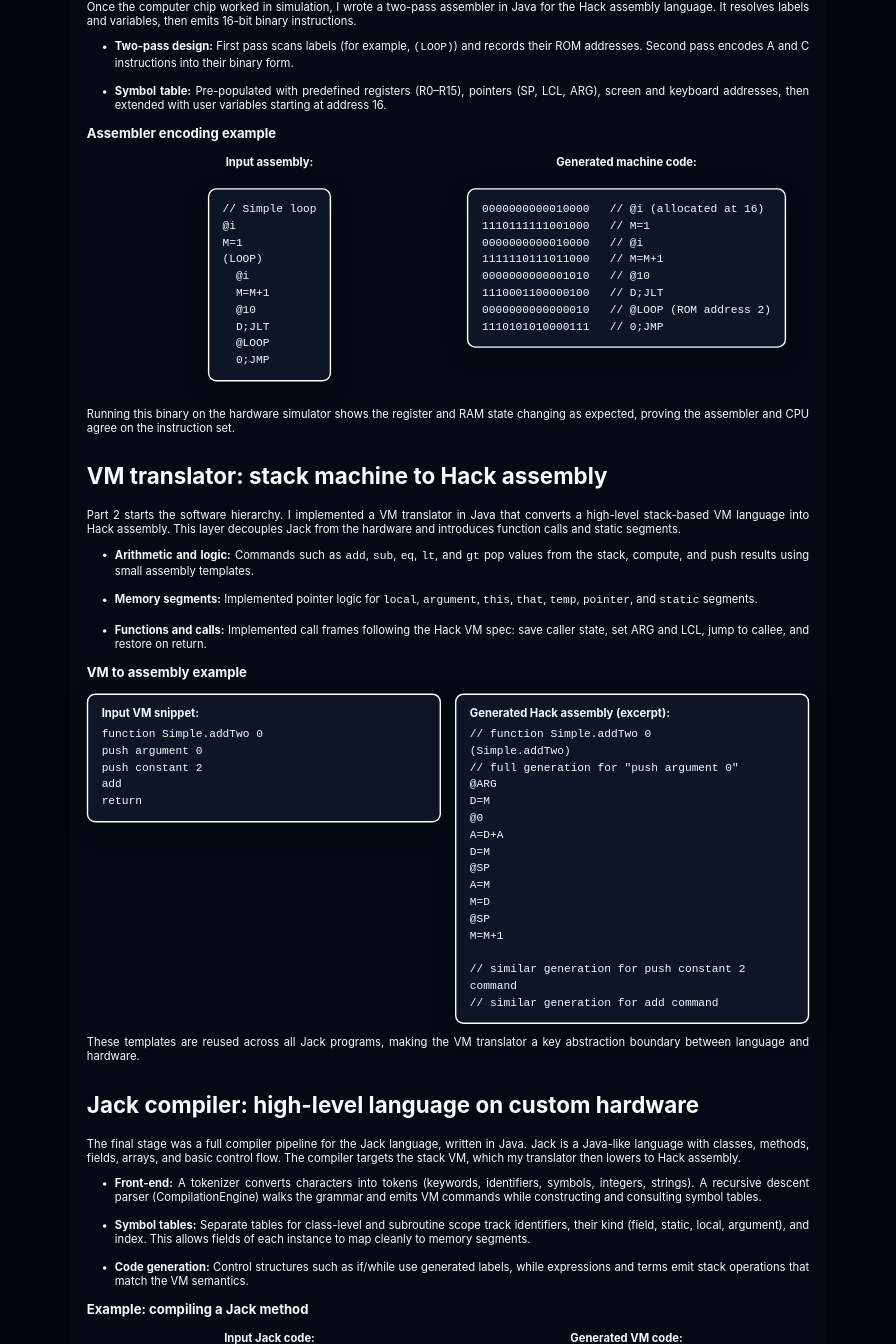
Repository: Abdulaziz-04/Abdulaziz-04.github.io
Page: deepdives/backend_systems/nand2tetris/nand2tetris.html
The author's editor kept a copy of each file at every save. The page is drawn from the files as they stood at one save, then again after the next save.
The browser window is 1280 px wide. The pictures show the part of the page from y = 2637 to 4557 px (the page is 6451 px tall before and 6414 px after), at 70% of full size.

Above is the page before, as saved 2025-11-20 21:53:37.

After the next save:
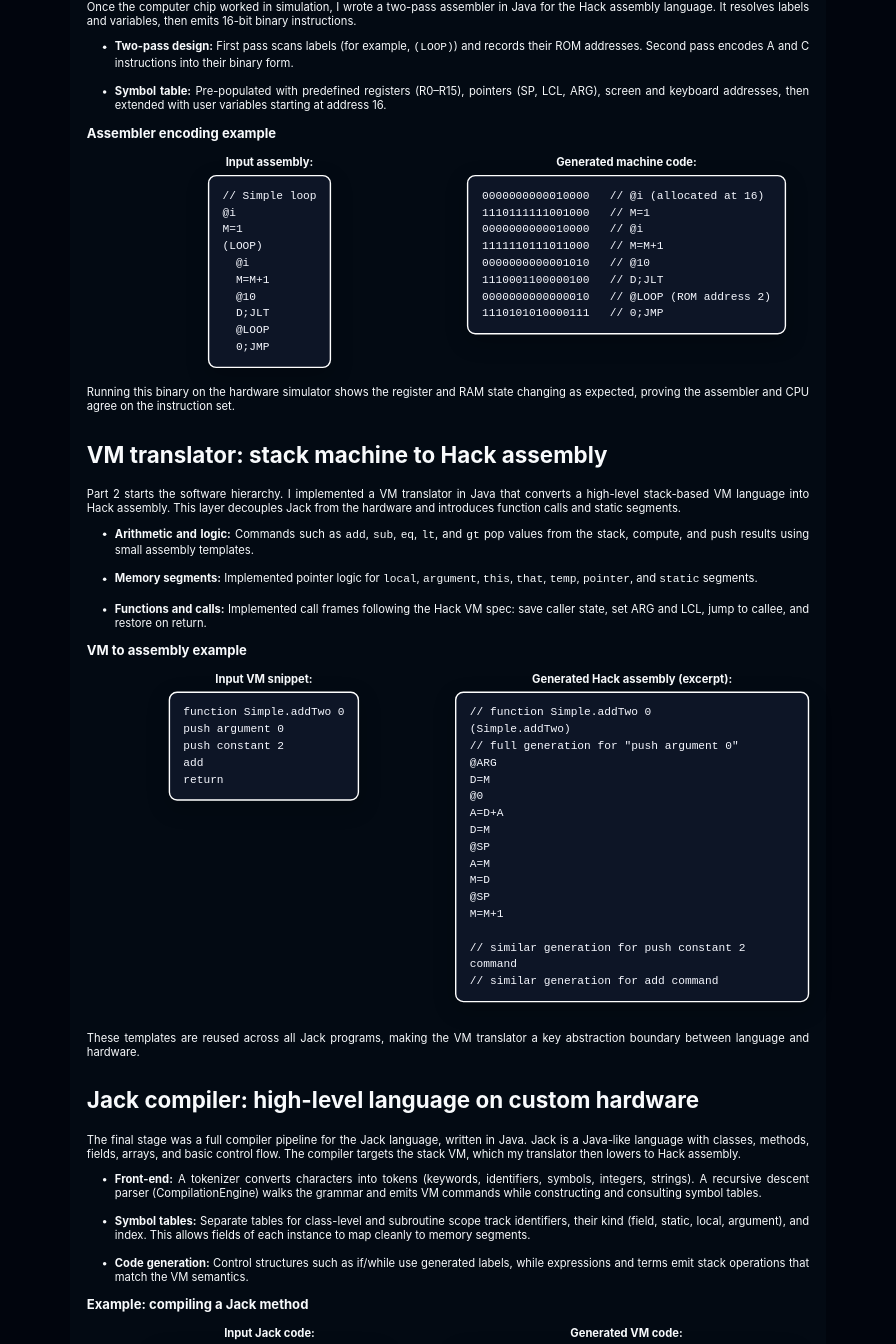
Saved 19 min 12 s later.
--- a/deepdives/backend_systems/nand2tetris/nand2tetris.html
+++ b/deepdives/backend_systems/nand2tetris/nand2tetris.html
@@ -25,6 +25,10 @@
         text-align: left;
       }
 
+      .code-pair pre {
+        margin: 0;
+      }
+
       .code-pair {
         display: grid;
         grid-template-columns: repeat(2, minmax(0, 1fr));
@@ -32,7 +36,7 @@
         align-items: start;
         justify-items: center;
         max-width: 1000px;
-        margin: 0 auto;
+        margin: 0 auto 1.5rem;
       }
 
       .code-pair > div {
@@ -43,7 +47,7 @@
       }
 
       .code-pair p {
-        margin: 0;
+        margin: 0 0 0.1rem;
         text-align: center;
         width: 100%;
       }
@@ -88,9 +92,23 @@
       }
 
       .code-card__title {
+        margin: 0 0 0.5rem;
+        font-weight: 700;
+        text-align: left;
+      }
+
+      .code-block {
+        display: flex;
+        flex-direction: column;
+        align-items: center;
+        gap: 0.5rem;
+        margin-bottom: 1.5rem;
+      }
+
+      .code-block__title {
         margin: 0;
         font-weight: 700;
-        text-align: left;
+        text-align: center;
       }
 
       .code-card code {
@@ -114,35 +132,12 @@
         max-width: 1100px;
         margin: 0 auto;
       }
-
-      .asm-columns {
-        display: grid;
-        grid-template-columns: repeat(auto-fit, minmax(220px, 1fr));
-        gap: 0.75rem;
-        align-items: start;
-      }
-
-      .asm-columns pre {
-        margin: 0;
-        padding: 0;
-        border: none;
-        background: transparent;
-      }
-
-      .asm-columns pre code {
-        display: block;
-        white-space: pre;
-        width: 100%;
-      }
     </style>
   </head>
 
   <body class="project-detail-page">
     <header class="detail-hero">
-      <a
-        class="category-back"
-        href="../../../projects/compiler-blockchain.html"
-      >
+      <a class="category-back" href="../../../projects/backend_systems.html">
         &larr; Back to Projects
       </a>
 
@@ -397,18 +392,21 @@ M=1
         <h3>VM to assembly example</h3>
 
         <div class="code-grid">
-          <div class="code-card vm-block">
-            <p class="code-card__title">Input VM snippet:</p>
-            <pre><code>function Simple.addTwo 0
+          <div class="code-block">
+            <p class="code-block__title">Input VM snippet:</p>
+            <div class="code-card vm-block">
+              <pre><code>function Simple.addTwo 0
 push argument 0
 push constant 2
 add
 return</code></pre>
+            </div>
           </div>
 
-          <div class="code-card asm-block" style="grid-column: span 1">
-            <p class="code-card__title">Generated Hack assembly (excerpt):</p>
-            <pre><code>// function Simple.addTwo 0
+          <div class="code-block">
+            <p class="code-block__title">Generated Hack assembly (excerpt):</p>
+            <div class="code-card asm-block" style="grid-column: span 1">
+              <pre><code>// function Simple.addTwo 0
 (Simple.addTwo)
 // full generation for "push argument 0"
 @ARG
@@ -425,6 +423,7 @@ M=M+1
 // similar generation for push constant 2 command
 // similar generation for add command
 </code></pre>
+            </div>
           </div>
         </div>
 
